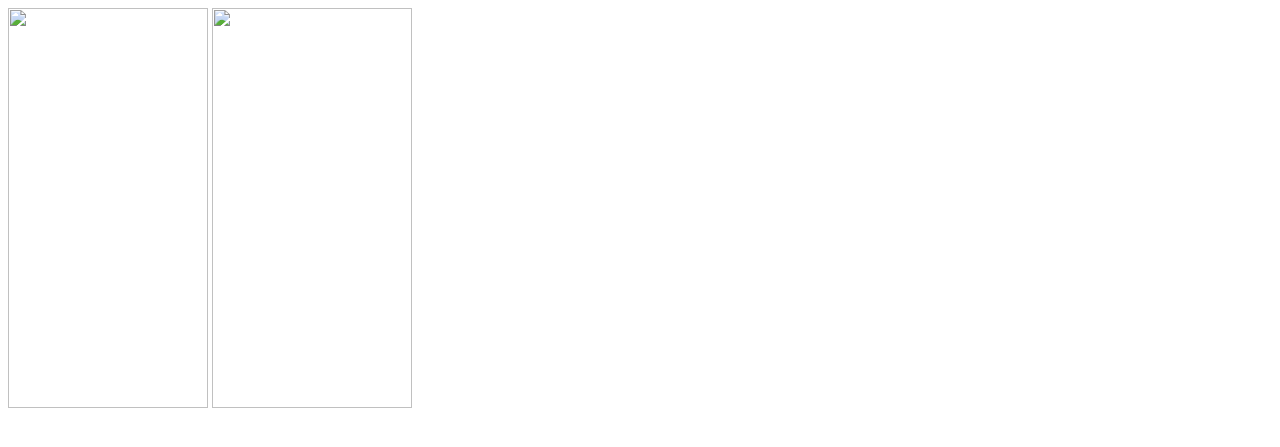
Repository: dphasst17/THPTVCC
Page: document/document_content/dc1.html
The author's editor kept a copy of each file at every save. The page is drawn from the files as they stood at one save, then again after the next save.
The browser window is 1280 px wide. The pictures show the whole page.

Above is the page before, as saved 2022-10-14 12:19:02.
Not found: document/document_content/document/document/Ảnh chụp màn hình (179).png
Not found: document/document_content/document/document/Ảnh chụp màn hình (180).png

### document/document_content/dc1.html
<!DOCTYPE html>
<html lang="en">
<head>
    <meta charset="UTF-8">
    <meta http-equiv="X-UA-Compatible" content="IE=edge">
    <meta name="viewport" content="width=device-width, initial-scale=1.0">
    <style>
        img{
            display:inline-flex;
            width:200px;
            height:400px;
        }
    </style>
</head>
<body>
    <img src="document/document/Ảnh chụp màn hình (179).png" alt="">
    <img src="document/document/Ảnh chụp màn hình (180).png" alt="">
</body>
</html>

After the next save:
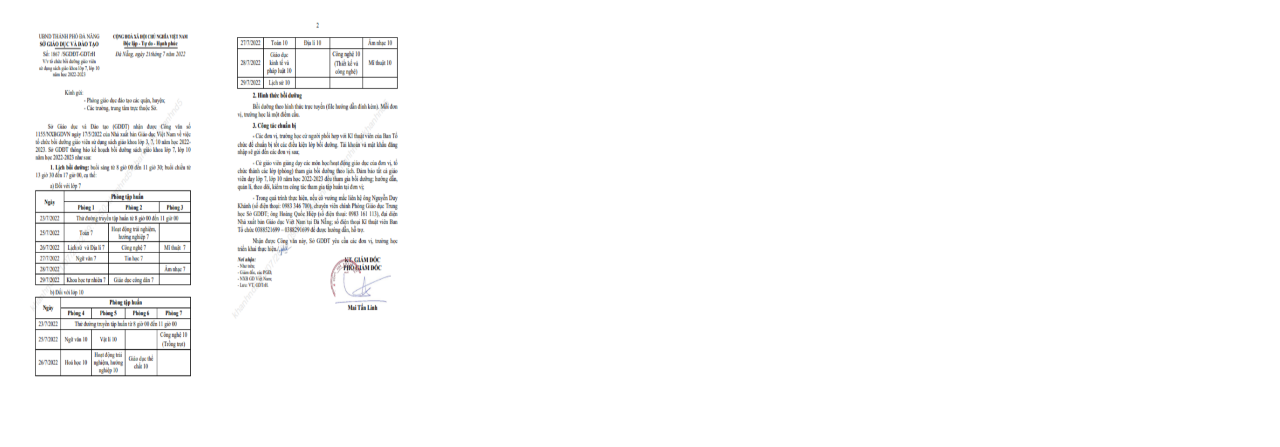
Saved 32 s later.
--- a/document/document_content/dc1.html
+++ b/document/document_content/dc1.html
@@ -13,7 +13,7 @@
     </style>
 </head>
 <body>
-    <img src="document/document/Ảnh chụp màn hình (179).png" alt="">
-    <img src="document/document/Ảnh chụp màn hình (180).png" alt="">
+    <img src="../document/Ảnh chụp màn hình (179).png" alt="">
+    <img src="../document/Ảnh chụp màn hình (180).png" alt="">
 </body>
 </html>
